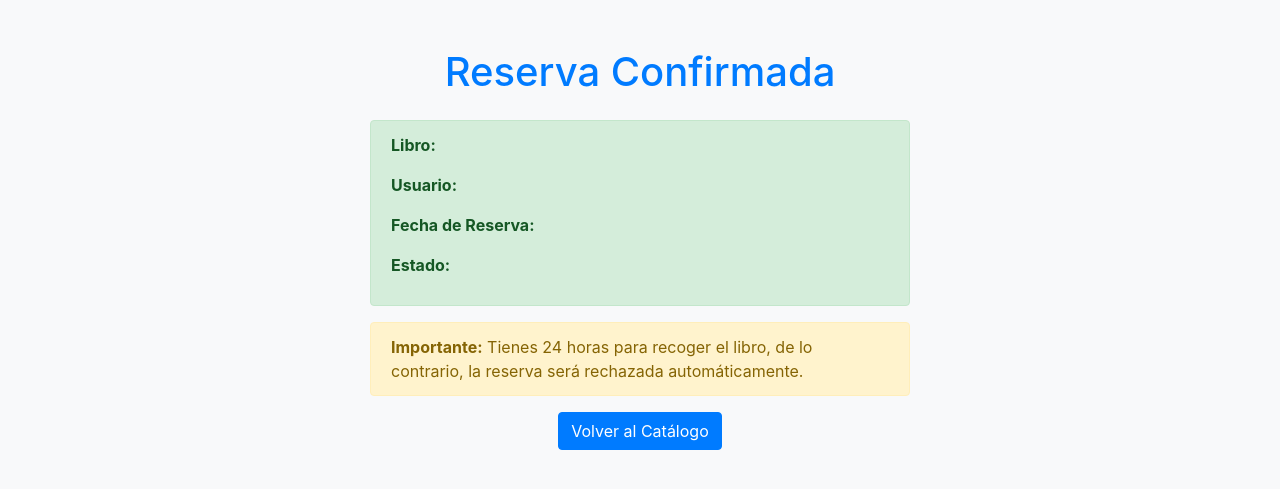
Repository: maycky02/Bibloteca_integrador
Page: http://localhost/lector/reserva_confirmada
The author's editor kept a copy of each file at every save. The page is drawn from the files as they stood at one save, then again after the next save.
The browser window is 1280 px wide. The pictures show the whole page.
Some web libraries are served in a nearby version. The page is this project's Thymeleaf template; nobody is signed in. The template is opened directly, without the code that normally fills it, so the values that code supplies are empty.

Above is the page before, as saved 2024-12-03 02:08:10.

### Bibloteca/src/main/resources/templates/lector/reserva_confirmada.html
<!DOCTYPE html>
<html lang="es">
<head>
    <meta charset="UTF-8">
    <meta name="viewport" content="width=device-width, initial-scale=1.0">
    <title>Reserva Confirmada</title>
    <link href="https://stackpath.bootstrapcdn.com/bootstrap/4.5.2/css/bootstrap.min.css" rel="stylesheet">
</head>
<body class="bg-light">

    <!-- Contenedor principal -->
    <div class="container mt-5">
        <div class="row justify-content-center">
            <div class="col-md-8 col-lg-6">

                <!-- Título -->
                <h1 class="text-center text-primary mb-4">Reserva Confirmada</h1>

                <!-- Alerta de éxito -->
                <div class="alert alert-success">
                    <!-- Mostrar el título del libro -->
                    <p><strong>Libro:</strong> <span th:text="${reserva.libro.titulo}">Título del libro</span></p>

                    <!-- Mostrar el DNI del usuario -->
                    <p><strong>Usuario:</strong> <span th:text="${reserva.usuario.dni}">DNI del usuario</span></p>

                    <!-- Mostrar la fecha formateada de la reserva -->
                    <p><strong>Fecha de Reserva:</strong> <span th:text="${fechaReservaFormateada}">Fecha</span></p>

                    <!-- Mostrar el estado de la reserva -->
                    <p><strong>Estado:</strong> <span th:text="${reserva.estado}">Estado de la reserva</span></p>
                </div>

                <!-- Alerta informando el tiempo para recoger el libro -->
                <div class="alert alert-warning">
                    <strong>Importante:</strong> Tienes 24 horas para recoger el libro, de lo contrario, la reserva será rechazada automáticamente.
                </div>

                <!-- Botón para volver al catálogo -->
                <div class="text-center">
                    <a href="/lector/catalogo" class="btn btn-primary">Volver al Catálogo</a>
                </div>
            </div>
        </div>
    </div>

    <!-- Scripts de Bootstrap -->
    <script src="https://code.jquery.com/jquery-3.5.1.slim.min.js"></script>
    <script src="https://cdn.jsdelivr.net/npm/@popperjs/core@2.5.4/dist/umd/popper.min.js"></script>
    <script src="https://stackpath.bootstrapcdn.com/bootstrap/4.5.2/js/bootstrap.min.js"></script>
</body>
</html>

After the next save:
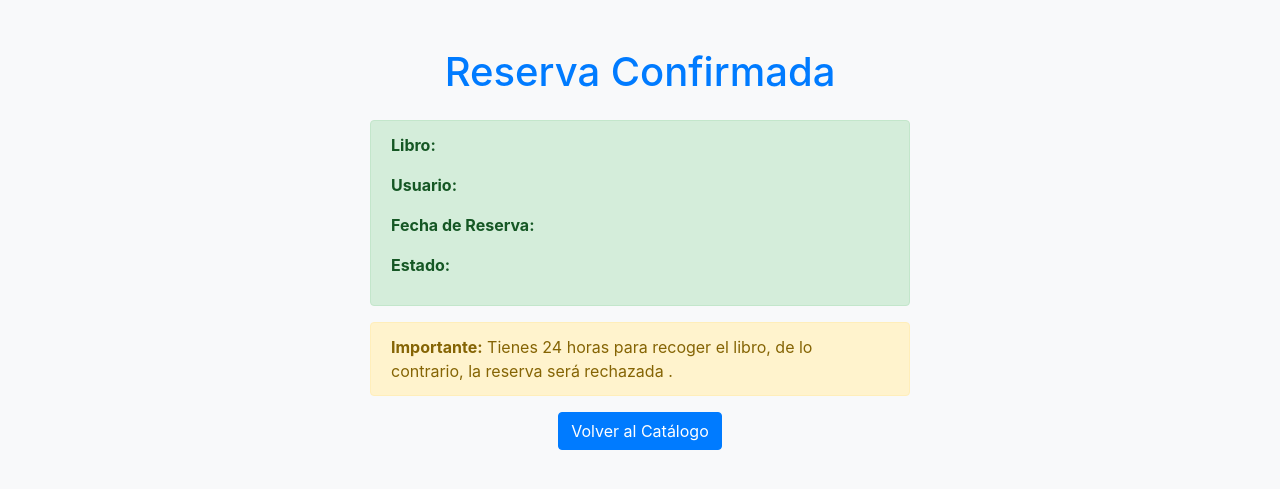
Saved 18 s later.
--- a/Bibloteca/src/main/resources/templates/lector/reserva_confirmada.html
+++ b/Bibloteca/src/main/resources/templates/lector/reserva_confirmada.html
@@ -33,7 +33,7 @@
 
                 <!-- Alerta informando el tiempo para recoger el libro -->
                 <div class="alert alert-warning">
-                    <strong>Importante:</strong> Tienes 24 horas para recoger el libro, de lo contrario, la reserva será rechazada automáticamente.
+                    <strong>Importante:</strong> Tienes 24 horas para recoger el libro, de lo contrario, la reserva será rechazada .
                 </div>
 
                 <!-- Botón para volver al catálogo -->
